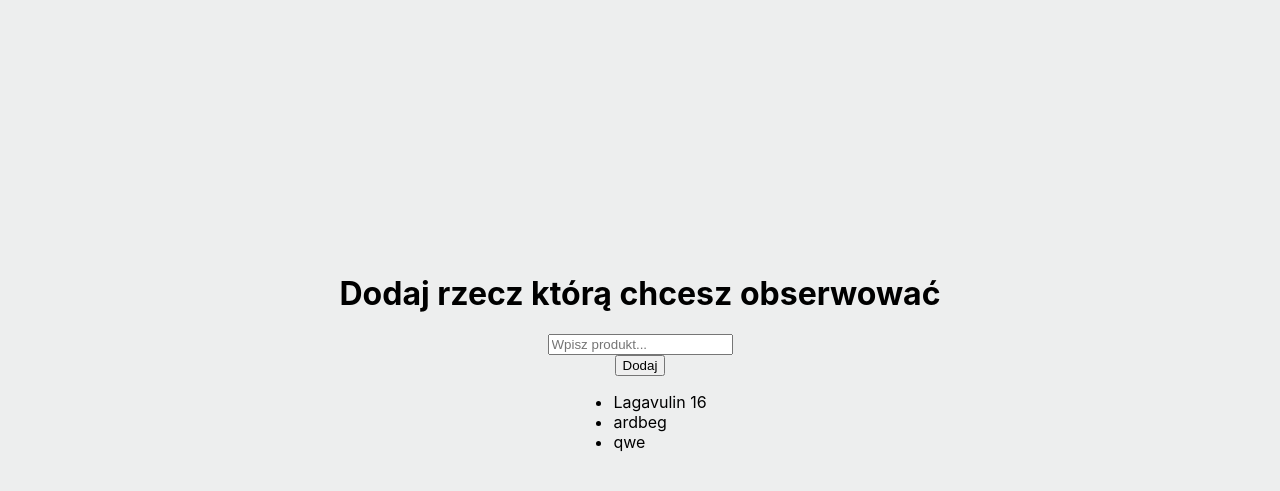
Repository: matedoo/crawler
Page: /MainApp
These files come from the project's save history. The page is drawn as it stood at one moment and after a run of saves; the edit follows.
The browser window is 1280 px wide. The pictures show the whole page.
The project was rebuilt for these pictures with package versions that can differ from the ones it lists, and the page was loaded fresh each time. Requests to the local data server were answered from the project's data file. Also part of the build but not shown: src/Components/button.js, src/Components/LoginComponents/LoginApp.js, src/Components/LoginComponents/RegisterApp.js, src/Components/btnContainer.js, src/Components/heading.js, src/Components/LoginComponents/StartApp.js, src/Components/MainApp/MainAppElement.js.

Above is the page before, as saved 2020-04-27 19:16:04.

After the next 2 saves:
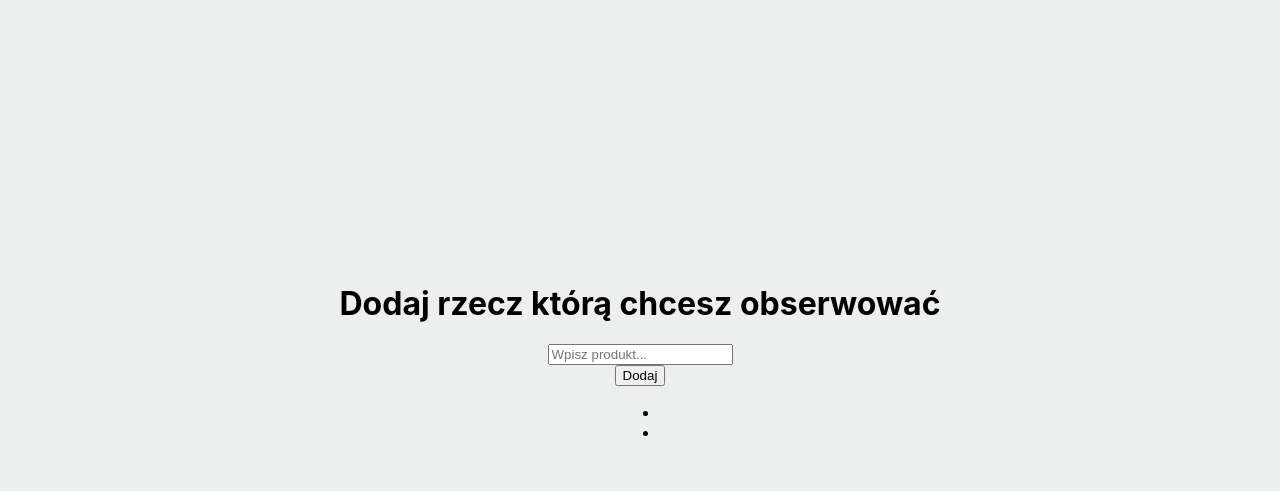
The 2 saves are shown as one change because 1 did not build or start.
The last was saved 114 s later.
--- a/src/Components/MainApp/MainApp.js
+++ b/src/Components/MainApp/MainApp.js
@@ -106,7 +106,7 @@ function MainApp(props) {
         <div>
         <ul>
         {console.log(`${fetchedData.title} title`  )}
-        {fetchedData.title.map((el) => <li value={fetchedData.id} >{el} </li>)}
+        {Object.keys(fetchedData).map((el) => <li value={el.id} >{el.title} </li>)}
         </ul>
         </div>
       </LoginAppStyled>

After the 2 saves that followed:
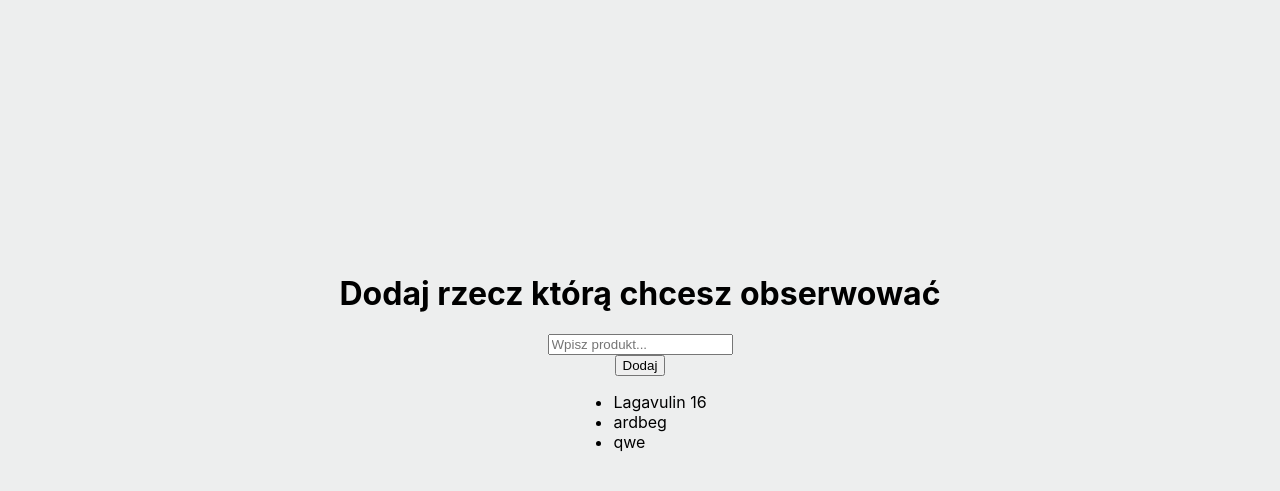
The 2 saves are shown as one change because 1 did not build or start.
The last was saved 41 s later.
--- a/src/Components/MainApp/MainApp.js
+++ b/src/Components/MainApp/MainApp.js
@@ -106,7 +106,7 @@ function MainApp(props) {
         <div>
         <ul>
         {console.log(`${fetchedData.title} title`  )}
-        {Object.keys(fetchedData).map((el) => <li value={el.id} >{el.title} </li>)}
+        {fetchedData.title.map((el) => <li value={fetchedData.id} >{el} </li>)}
         </ul>
         </div>
       </LoginAppStyled>
